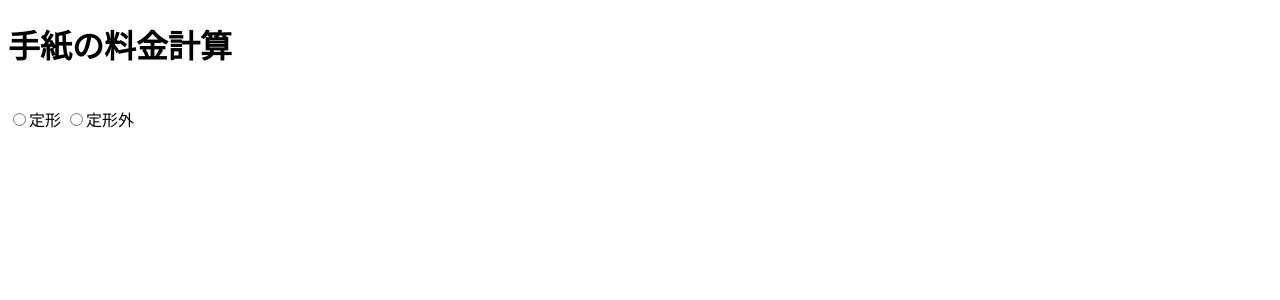
Repository: aiueo20/18ca0155
Page: SSP/kadai0601/WebContent/login.html
An editor plug-in stored every save of this project. The page is shown before and after the next save, followed by the edit.
The browser window is 1280 px wide. The pictures show the whole page.

Above is the page before, as saved 2019-01-15 02:49:27.

After the next save:
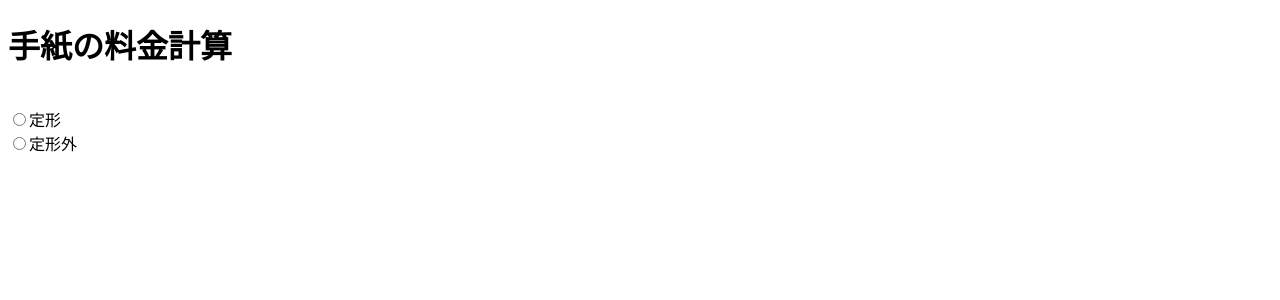
Saved 5 s later.
--- a/SSP/kadai0601/WebContent/login.html
+++ b/SSP/kadai0601/WebContent/login.html
@@ -7,8 +7,9 @@
 <body>
 
 <h1>手紙の料金計算</h1><br>
-<input type="radio" name="teikei" value="定形">定形
-<input type="radio" name="teikeigai" value="定形外">定形外
+<input type="radio" name="teikei" value="定形">定形<br>
+<input type="radio" name="teikeigai" value="定形外">定形外<br>
+
 
 
 </body>
